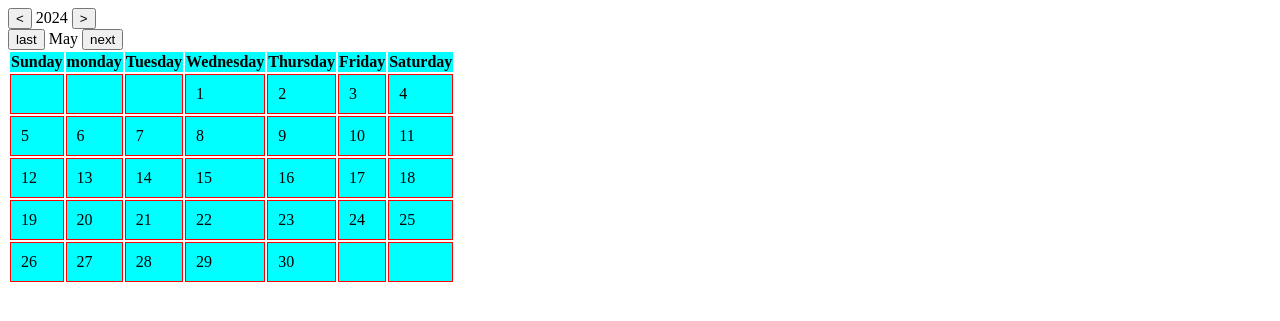
Repository: fateme81yosefi/calendar
Page: index.html
The author's editor kept a copy of each file at every save. The page is drawn from the files as they stood at one save, then again after a run of saves.
The browser window is 1280 px wide. The pictures show the whole page.

Above is the page before, as saved 2024-05-30 22:31:03.

### index.html
<!DOCTYPE html>

<html>

<head>
  <title>calendar</title>
  <link rel="icon" type="image/x-icon" href="/images/fav.png">
  <link rel="stylesheet" href="styles.css">

</head>

<body>

  <div class="container-calendar">
    <div class="contain-year">
      <button>
        < </button>
          <span id="year"></span>
          <button> > </button>

    </div>
    <div class="contain-month">
         <button onclick="dec()"> last </button>
          <span id="month"></span>
          <button onclick="increaseMonth()">next </button>
    </div>
    <table>
      <tr>
        <th>Sunday</th>
        <th>monday</th>
        <th>Tuesday</th>
        <th>Wednesday </th>
        <th>Thursday</th>
        <th>Friday</th>
        <th>Saturday</th>
      </tr>

      <tr>
        <td id="1-1"> </td>
        <td id="1-2"> </td>
        <td id="1-3"> </td>
        <td id="1-4"> </td>
        <td id="1-5"> </td>
        <td id="1-6"> </td>
        <td id="1-7"> </td>
      </tr>

      <tr>
        <td id="2-1"> </td>
        <td id="2-2"> </td>
        <td id="2-3"> </td>
        <td id="2-4"> </td>
        <td id="2-5"> </td>
        <td id="2-6"> </td>
        <td id="2-7"> </td>
      </tr>

      <tr>
        <td id="3-1"> </td>
        <td id="3-2"> </td>
        <td id="3-3"> </td>
        <td id="3-4"> </td>
        <td id="3-5"> </td>
        <td id="3-6"> </td>
        <td id="3-7"> </td>
      </tr>

      <tr>
        <td id="4-1"> </td>
        <td id="4-2"> </td>
        <td id="4-3"> </td>
        <td id="4-4"> </td>
        <td id="4-5"> </td>
        <td id="4-6"> </td>
        <td id="4-7"> </td>
      </tr>

      <tr>
        <td id="5-1"> </td>
        <td id="5-2"> </td>
        <td id="5-3"> </td>
        <td id="5-4"> </td>
        <td id="5-5"> </td>
        <td id="5-6"> </td>
        <td id="5-7"> </td>
      </tr>
    </table>
  </div>



  <script src="/scripts.js"></script>

</body>

</html>

### styles.css
tr{
    background-color: aqua;
    border: 1px solid red;
    padding: 10px;
    margin: 2px;
}
td{
    background-color: aqua;
    border: 1px solid red;
    padding: 10px;
    margin: 2px;
}

### scripts.js
const d = new Date();
m = d.getMonth()
y = d.getFullYear()
day = d.getDate()
weekday = d.getDay()
weekday++

function increaseMonth() {
    console.log(increaseMonth)

    m = document.getElementById("month").innerHTML
    month=monthNameToNum(m)
    console.log(month)
    fillAllDay(month++, y, dayCount)
    setMonth(month++)
}

function dec() {
    console.log("decreasMonth")

    m = document.getElementById("month").innerHTML
    month=monthNameToNum(m)
    console.log(month)
    fillAllDay(month--, y, dayCount)
    setMonth(month--)
}

function incYear() {

    yy = document.getElementById("year").innerHTML
    fillAllDay(month, yy, dayCount)
    setMonth(yy)
}

function decYear() {

    yy = document.getElementById("year").innerHTML
    fillAllDay(month, yy, dayCount)
    setYear(yy)
}


function setYear(y) {
    document.getElementById("year").innerHTML = y
}

function monthNameToNum(m) {
    switch (m) {
        case "January": return 1;
        case "February": return 2;
        case "March": return 3;
        case "April": return 4;
        case "May": return 5;
        case "June": return 6;
        case "July": return 7;
        case "August": return 8;
        case "September": return 9;
        case "October": return 10;
        case "November": return 11;
        case "December": return 12;
    }
}
function setMonth(m) {
    switch (m) {
        case 1: month = "January";
            break;
        case 2: month = "February";
            break;
        case 3: month = "March";
            break;
        case 4: month = "April";
            break;
        case 5: month = "May";
            break;
        case 6: month = "June";
            break;
        case 7: month = "July";
            break;
        case 8: month = "August";
            break;
        case 9: month = "September";
            break;
        case 10: month = "October";
            break;
        case 11: month = "November";
            break;
        case 12: month = "December";
            break;
    }
    document.getElementById("month").innerHTML = month

}

function findFirstDayMonth(m, y) {
    const date = new Date(y + "-" + m + "-" + 1)
    return date.getDay()
}

function calcDayCount(m) {
    switch (m + 1) {
        case 1: return 31;
        case 2: return 28;
        case 3: return 31;
        case 4: return 30;
        case 5: return 31;
        case 6: return 30;
        case 7: return 31;
        case 8: return 31;
        case 9: return 30;
        case 10: return 31;
        case 11: return 30;
        case 12: return 31;
    }
}

function fillAllDay(m, y, dayCount) {
    m++;

    var fd = findFirstDayMonth(m, y);
    fd++;

    let row = 1
    let col = fd

    for (let i = 1; i <= dayCount; i++) {
        const x = row + "-" + col;
        document.getElementById(x).innerHTML = i;
        if (col >= 7) {
            col = 1;
            row++;
        } else {
            col++;
        }
        if (row >= 6) {
            row = 1;
        }
    }
}

dayCount = calcDayCount(m + 1)

fillAllDay(m, y, dayCount)
setMonth(m+1)
setYear(y)

After the next 2 saves:
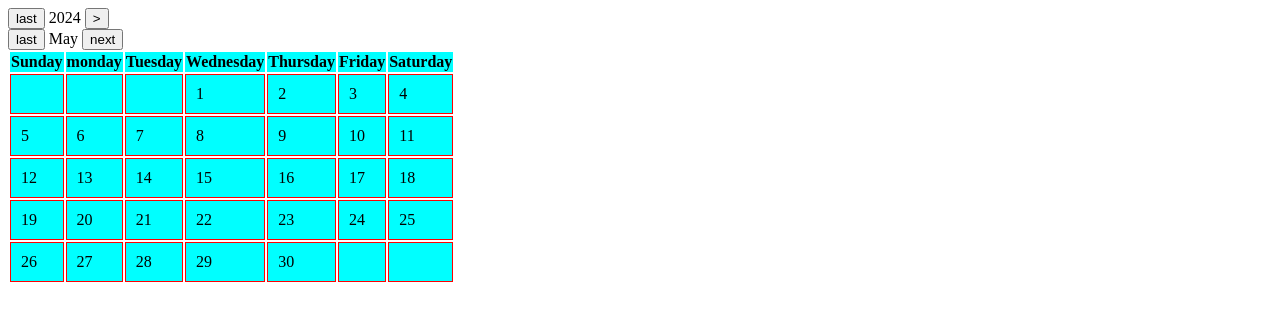
The 2 saves are shown as one change because they came seconds apart.
The last was saved 13 s later.
--- a/index.html
+++ b/index.html
@@ -14,7 +14,7 @@
   <div class="container-calendar">
     <div class="contain-year">
       <button>
-        < </button>
+        last </button>
           <span id="year"></span>
           <button> > </button>
 
